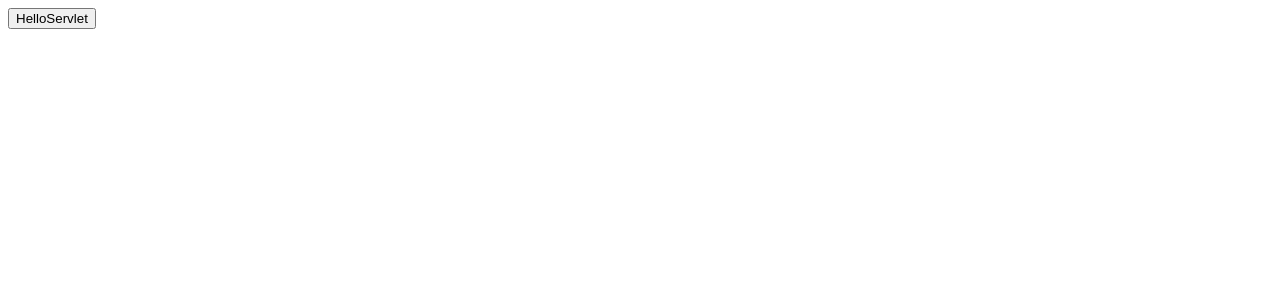
Repository: kasuya7118/test
Page: http://localhost/HelloServlet/
The author's editor kept a copy of each file at every save. The page is drawn from the files as they stood at one save, then again after the next save.
The browser window is 1280 px wide. The pictures show the whole page.
The page is served by Tomcat 9.

Above is the page before, as saved 2019-10-02 02:25:42.

After the next save:
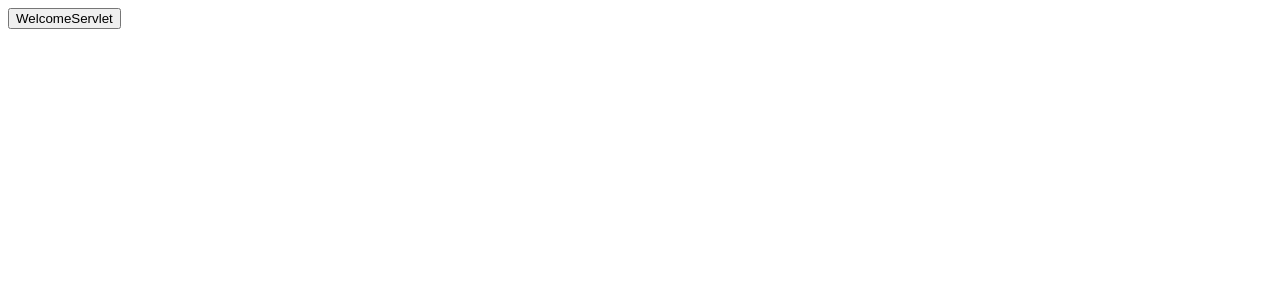
Saved 4 min 54 s later.
--- a/HelloServlet/WebContent/index.jsp
+++ b/HelloServlet/WebContent/index.jsp
@@ -7,7 +7,7 @@
 <title>HelloServlet</title>
 </head>
 <body>
-<input type="button" value="HelloServlet" onClick="location.href='HelloServlet'">
+<input type="button" value="WelcomeServlet" onClick="location.href='welcome.jsp'">
 
 </body>
 </html>
